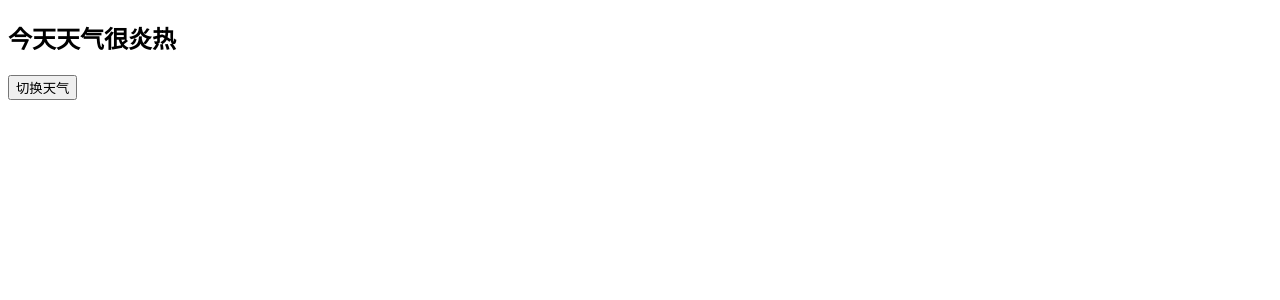
Repository: reggiepy/vueLeaning
Page: 08 监视属性/1. 天气案例.html
An editor plug-in stored every save of this project. The page is shown before and after the next save, followed by the edit.
The browser window is 1280 px wide. The pictures show the whole page.

Above is the page before, as saved 2021-12-19 17:14:05.

### 08 监视属性/1. 天气案例.html
<!DOCTYPE html>
<html lang="en">
  <head>
    <meta charset="UTF-8" />
    <meta http-equiv="X-UA-Compatible" content="IE=edge" />
    <meta name="viewport" content="width=device-width, initial-scale=1.0" />
    <title>天气案例</title>
    <script src="../js/vue.js"></script>
  </head>
  <body>
    <div id="root">
      <!-- <h2>今天天气很{{isHot ? "炎热" : "凉爽"}}</h2> -->
      <h2>今天天气很{{info}}</h2>
      <button @click="changeWeather">切换天气</button>
    </div>
  </body>
  <script>
    Vue.config.productionTip = false;
    const vm = new Vue({
      el: "#root",
      data: {
        isHot: true,
      },
      computed: {
        info() {
          return this.isHot ? "炎热" : "凉爽";
        },
      },
      methods: {
        changeWeather() {
          this.isHot = !this.isHot;
        },
      },
    });
    console.log(vm);
  </script>
</html>

Loaded but not shown: js/vue.js (library)

After the next save:
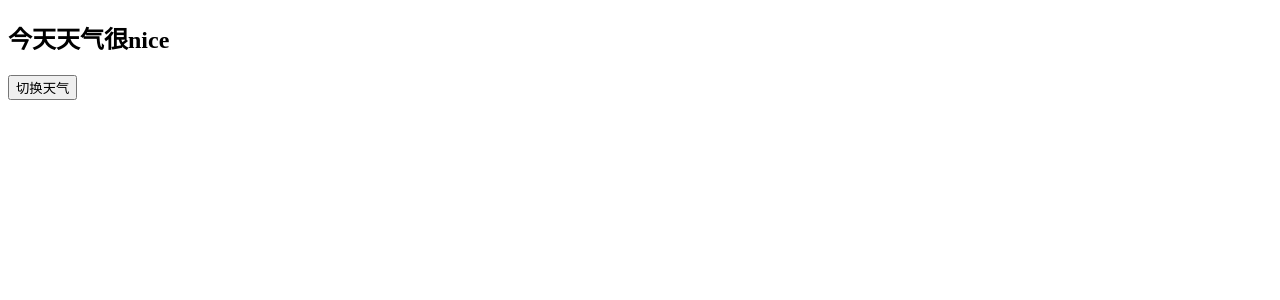
Saved 12 s later.
--- a/08 监视属性/1. 天气案例.html
+++ b/08 监视属性/1. 天气案例.html
@@ -10,7 +10,8 @@
   <body>
     <div id="root">
       <!-- <h2>今天天气很{{isHot ? "炎热" : "凉爽"}}</h2> -->
-      <h2>今天天气很{{info}}</h2>
+      <!-- <h2>今天天气很{{info}}</h2> -->
+      <h2>今天天气很nice</h2>
       <button @click="changeWeather">切换天气</button>
     </div>
   </body>

After the save that followed:
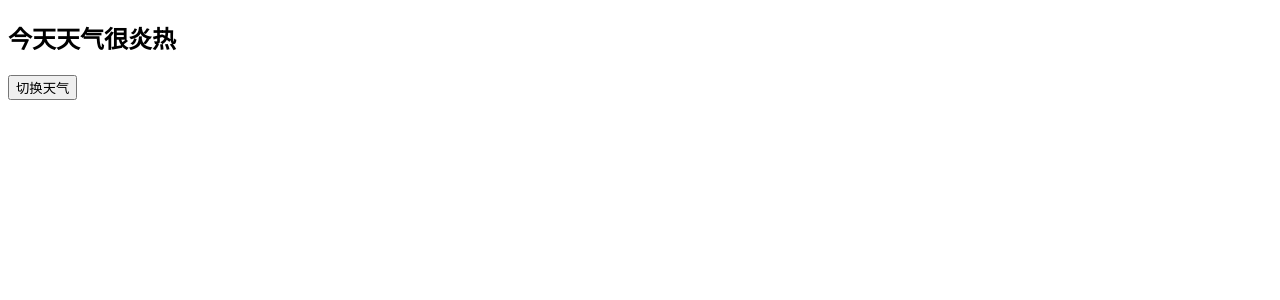
Saved 66 s later.
--- a/08 监视属性/1. 天气案例.html
+++ b/08 监视属性/1. 天气案例.html
@@ -10,8 +10,8 @@
   <body>
     <div id="root">
       <!-- <h2>今天天气很{{isHot ? "炎热" : "凉爽"}}</h2> -->
-      <!-- <h2>今天天气很{{info}}</h2> -->
-      <h2>今天天气很nice</h2>
+      <h2>今天天气很{{info}}</h2>
+      <!-- <h2>今天天气很nice</h2> -->
       <button @click="changeWeather">切换天气</button>
     </div>
   </body>
